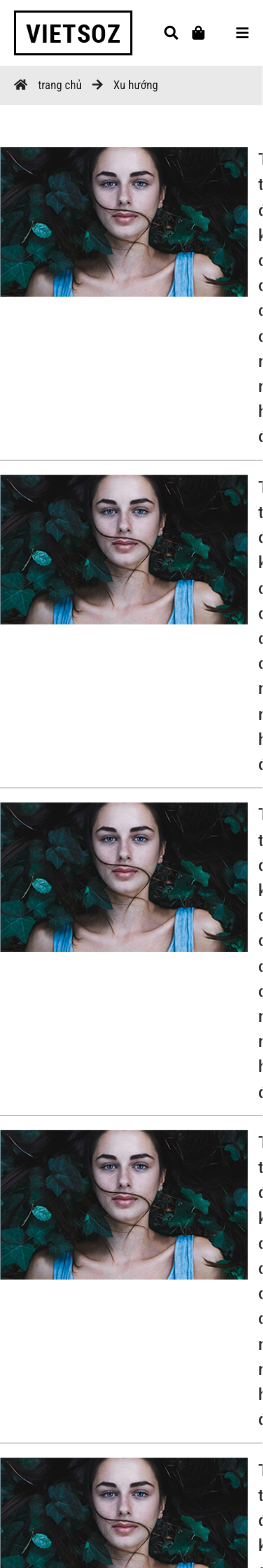
Repository: vinhtk0209/Vietsoz-reponsive
Page: index.html
These files come from the project's save history. The page is drawn as it stood at one moment and after the next save; the edit follows.
The browser window is 375 px wide. The pictures show the part of the page from y = 0 to 2240 px (the page is 3953 px tall before and 2785 px after), at 70% of full size.

Above is the page before, as saved 2021-10-23 17:55:01.

### index.html
<!DOCTYPE html>
<html lang="en">
  <head>
    <meta charset="UTF-8" />
    <meta http-equiv="X-UA-Compatible" content="IE=edge" />
    <meta name="viewport" content="width=device-width, initial-scale=1.0" />
    <link rel="stylesheet" href="assets/css/reset.css" />
    <link rel="stylesheet" href="assets/css/global.css" />
    <link rel="stylesheet" href="assets/css/main.css" />
    <link rel="stylesheet" href="assets/fontawesome/css/all.css" />
    <link rel="stylesheet" href="assets/css/reponsive.css" />
    <link rel="preconnect" href="https://fonts.googleapis.com" />
    <link rel="preconnect" href="https://fonts.gstatic.com" crossorigin />
    <link
      href="https://fonts.googleapis.com/css2?family=Roboto:ital,wght@0,100;0,300;0,400;0,500;0,700;0,900;1,100;1,300;1,400;1,500;1,700;1,900&display=swap"
      rel="stylesheet"
    />
    <link rel="preconnect" href="https://fonts.googleapis.com" />
    <link rel="preconnect" href="https://fonts.gstatic.com" crossorigin />
    <link
      href="https://fonts.googleapis.com/css2?family=Roboto+Condensed:ital,wght@0,300;0,400;0,700;1,300;1,400;1,700&display=swap"
      rel="stylesheet"
    />
    <div id="fb-root"></div>
    <script
      async
      defer
      crossorigin="anonymous"
      src="https://connect.facebook.net/vi_VN/sdk.js#xfbml=1&version=v11.0"
      nonce="ecJjSUD8"
    ></script>
    <script
      src="https://code.jquery.com/jquery-3.6.0.js"
      integrity="sha256-H+K7U5CnXl1h5ywQfKtSj8PCmoN9aaq30gDh27Xc0jk="
      crossorigin="anonymous"
    ></script>
    <title>VIESOZ</title>
  </head>

  <body>
    <!-- wrapper starts -->
    <div class="wrapper">
      <!-- header starts -->
      <header class="header">
        <div class="container">
          <div
            class="wp-header-top d-flex align-i-center justify-content-between"
          >
            <div class="header-banner">
              <img src="assets/images/logo.png" alt="" />
            </div>
            <nav class="header-main-menu">
              <ul class="d-flex main-menu">
                <li><a href="">trang chủ</a></li>
                <li><a href="">về chúng tôi</a></li>
                <li class="product-have-menu">
                  <a href=""
                    >sản phẩm
                    <span class="arrow-down"
                      ><i class="fas fa-chevron-down"></i></span
                  ></a>
                </li>

                <li><a href="">xu hướng</a></li>
                <li><a href="">thanh toán</a></li>
                <li><a href="">liên hệ</a></li>
              </ul>
            </nav>
            <nav class="header-main-menu reponsive">
              <ul class="main-menu sub">
                <li><a href="">trang chủ</a></li>
                <li><a href="">về chúng tôi</a></li>
                <li class="product-have-menu">
                  <a href="">sản phẩm </a>
                </li>

                <li><a href="">xu hướng</a></li>
                <li><a href="">thanh toán</a></li>
                <li><a href="">liên hệ</a></li>
              </ul>
            </nav>
            <ul class="icon-menu d-flex">
              <li>
                <a href=""
                  ><span class="search"><i class="fas fa-search"></i></span
                ></a>
              </li>
              <li>
                <a href="" class="shopping-cart"
                  ><span class="icon-cart"
                    ><i class="fas fa-shopping-bag"></i></span
                ></a>
              </li>
            </ul>
            <div class="nav-bar">
              <i class="fas fa-bars"></i>
            </div>
          </div>
        </div>
        <div class="wp-head-extra-menu">
          <ul class="list-menu-header-extra d-flex container">
            <li>
              <a href="">
                <span class="home-icon">
                  <i class="fas fa-home"></i>
                </span>
              </a>
            </li>

            <li class="home-text">
              <a href="">trang chủ</a>
            </li>
            <li>
              <a href="">
                <span class="arrow-righ">
                  <i class="fas fa-arrow-right"></i>
                </span>
              </a>
            </li>
            <li class="trend">
              <a href="">Xu hướng</a>
            </li>
          </ul>
        </div>
      </header>
      <!-- header ends -->

      <!-- content starts -->
      <div id="content">
        <!-- wp-content starts -->
        <div class="container">
          <div class="wp-content-news">
            <ul class="list-news">
              <li>
                <div class="image-news">
                  <a href="">
                    <img src="assets/images/photo-92222.png" alt="" />
                  </a>
                </div>
                <div class="more-info">
                  <a href="" class="title"
                    >Thời trang đẹp không có chỗ chê của mỹ nhân hàng đầu
                  </a>
                  <p class="date">28 Tháng Tư, 2016 , 10:15 sáng</p>
                  <p class="content">
                    Không chỉ được mệnh danh là "Mỹ nhân đẹp nhất Philippines",
                    nữ diễn viên Marian Rivera còn gây ấn tượng trong lòng công
                    chúng bởi gu thời trang. Cô luôn giữ hình ảnh đẹp với những
                    món đồ tinh tế, trong thời gian mang bầu cô cũng được đánh
                    giá là mặc đẹp nhất trong giới giải trí nước này.
                  </p>
                </div>
              </li>
              <li>
                <div class="image-news">
                  <a href="">
                    <img src="assets/images/photo-92222.png" alt="" />
                  </a>
                </div>
                <div class="more-info">
                  <a href="" class="title"
                    >Thời trang đẹp không có chỗ chê của mỹ nhân hàng đầu
                  </a>
                  <p class="date">28 Tháng Tư, 2016 , 10:15 sáng</p>
                  <p class="content">
                    Không chỉ được mệnh danh là "Mỹ nhân đẹp nhất Philippines",
                    nữ diễn viên Marian Rivera còn gây ấn tượng trong lòng công
                    chúng bởi gu thời trang. Cô luôn giữ hình ảnh đẹp với những
                    món đồ tinh tế, trong thời gian mang bầu cô cũng được đánh
                    giá là mặc đẹp nhất trong giới giải trí nước này.
                  </p>
                </div>
              </li>
              <li>
                <div class="image-news">
                  <a href="">
                    <img src="assets/images/photo-92222.png" alt="" />
                  </a>
                </div>
                <div class="more-info">
                  <a href="" class="title"
                    >Thời trang đẹp không có chỗ chê của mỹ nhân hàng đầu
                  </a>
                  <p class="date">28 Tháng Tư, 2016 , 10:15 sáng</p>
                  <p class="content">
                    Không chỉ được mệnh danh là "Mỹ nhân đẹp nhất Philippines",
                    nữ diễn viên Marian Rivera còn gây ấn tượng trong lòng công
                    chúng bởi gu thời trang. Cô luôn giữ hình ảnh đẹp với những
                    món đồ tinh tế, trong thời gian mang bầu cô cũng được đánh
                    giá là mặc đẹp nhất trong giới giải trí nước này.
                  </p>
                </div>
              </li>
              <li>
                <div class="image-news">
                  <a href="">
                    <img src="assets/images/photo-92222.png" alt="" />
                  </a>
                </div>
                <div class="more-info">
                  <a href="" class="title"
                    >Thời trang đẹp không có chỗ chê của mỹ nhân hàng đầu
                  </a>
                  <p class="date">28 Tháng Tư, 2016 , 10:15 sáng</p>
                  <p class="content">
                    Không chỉ được mệnh danh là "Mỹ nhân đẹp nhất Philippines",
                    nữ diễn viên Marian Rivera còn gây ấn tượng trong lòng công
                    chúng bởi gu thời trang. Cô luôn giữ hình ảnh đẹp với những
                    món đồ tinh tế, trong thời gian mang bầu cô cũng được đánh
                    giá là mặc đẹp nhất trong giới giải trí nước này.
                  </p>
                </div>
              </li>
              <li>
                <div class="image-news">
                  <a href="">
                    <img src="assets/images/photo-92222.png" alt="" />
                  </a>
                </div>
                <div class="more-info">
                  <a href="" class="title"
                    >Thời trang đẹp không có chỗ chê của mỹ nhân hàng đầu
                  </a>
                  <p class="date">28 Tháng Tư, 2016 , 10:15 sáng</p>
                  <p class="content">
                    Không chỉ được mệnh danh là "Mỹ nhân đẹp nhất Philippines",
                    nữ diễn viên Marian Rivera còn gây ấn tượng trong lòng công
                    chúng bởi gu thời trang. Cô luôn giữ hình ảnh đẹp với những
                    món đồ tinh tế, trong thời gian mang bầu cô cũng được đánh
                    giá là mặc đẹp nhất trong giới giải trí nước này.
                  </p>
                </div>
              </li>
              <li>
                <div class="image-news">
                  <a href="">
                    <img src="assets/images/photo-92222.png" alt="" />
                  </a>
                </div>
                <div class="more-info">
                  <a href="" class="title"
                    >Thời trang đẹp không có chỗ chê của mỹ nhân hàng đầu
                  </a>
                  <p class="date">28 Tháng Tư, 2016 , 10:15 sáng</p>
                  <p class="content">
                    Không chỉ được mệnh danh là "Mỹ nhân đẹp nhất Philippines",
                    nữ diễn viên Marian Rivera còn gây ấn tượng trong lòng công
                    chúng bởi gu thời trang. Cô luôn giữ hình ảnh đẹp với những
                    món đồ tinh tế, trong thời gian mang bầu cô cũng được đánh
                    giá là mặc đẹp nhất trong giới giải trí nước này.
                  </p>
                </div>
              </li>
              <li>
                <div class="image-news">
                  <a href="">
                    <img src="assets/images/photo-92222.png" alt="" />
                  </a>
                </div>
                <div class="more-info">
                  <a href="" class="title"
                    >Thời trang đẹp không có chỗ chê của mỹ nhân hàng đầu
                  </a>
                  <p class="date">28 Tháng Tư, 2016 , 10:15 sáng</p>
                  <p class="content">
                    Không chỉ được mệnh danh là "Mỹ nhân đẹp nhất Philippines",
                    nữ diễn viên Marian Rivera còn gây ấn tượng trong lòng công
                    chúng bởi gu thời trang. Cô luôn giữ hình ảnh đẹp với những
                    món đồ tinh tế, trong thời gian mang bầu cô cũng được đánh
                    giá là mặc đẹp nhất trong giới giải trí nước này.
                  </p>
                </div>
              </li>
              <li>
                <div class="image-news">
                  <a href="">
                    <img src="assets/images/photo-92222.png" alt="" />
                  </a>
                </div>
                <div class="more-info">
                  <a href="" class="title"
                    >Thời trang đẹp không có chỗ chê của mỹ nhân hàng đầu
                  </a>
                  <p class="date">28 Tháng Tư, 2016 , 10:15 sáng</p>
                  <p class="content">
                    Không chỉ được mệnh danh là "Mỹ nhân đẹp nhất Philippines",
                    nữ diễn viên Marian Rivera còn gây ấn tượng trong lòng công
                    chúng bởi gu thời trang. Cô luôn giữ hình ảnh đẹp với những
                    món đồ tinh tế, trong thời gian mang bầu cô cũng được đánh
                    giá là mặc đẹp nhất trong giới giải trí nước này.
                  </p>
                </div>
              </li>
            </ul>
        </div>
        <!-- wp-content ends -->

        <!-- sidebar starts -->

        <!-- sidebar ends -->
      </div>

      <!-- content ends -->
    </div>
    <!-- wrapper ends -->
    <script src="assets/js/main.js"></script>
  </body>
</html>

### assets/css/reset.css
/*
 * Bootstrap Reboot v4.3.1 (https://getbootstrap.com/)
 * Copyright 2011-2019 The Bootstrap Authors
 * Copyright 2011-2019 Twitter, Inc.
 * Licensed under MIT (https://github.com/twbs/bootstrap/blob/master/LICENSE)
 * Forked from Normalize.css, licensed MIT (https://github.com/necolas/normalize.css/blob/master/LICENSE.md)
 */

*,
*::before,
*::after {
    box-sizing: border-box;
}

html {
    font-family: sans-serif;
    line-height: 1.15;
    -webkit-text-size-adjust: 100%;
    -webkit-tap-highlight-color: rgba(0, 0, 0, 0);
}

article,
aside,
figcaption,
figure,
footer,
header,
hgroup,
main,
nav,
section {
    display: block;
}

body {
    margin: 0;
    font-family: -apple-system, BlinkMacSystemFont, "Segoe UI", Roboto, "Helvetica Neue", Arial, "Noto Sans", sans-serif, "Apple Color Emoji", "Segoe UI Emoji", "Segoe UI Symbol", "Noto Color Emoji";
    font-size: 1rem;
    font-weight: 400;
    line-height: 1.5;
    color: #212529;
    text-align: left;
    background-color: #fff;
}

[tabindex="-1"]:focus {
    outline: 0 !important;
}

hr {
    box-sizing: content-box;
    height: 0;
    overflow: visible;
}

h1,
h2,
h3,
h4,
h5,
h6 {
    margin-top: 0;
    margin-bottom: 0.5rem;
}

p {
    margin-top: 0;
    margin-bottom: 1rem;
}

abbr[title],
abbr[data-original-title] {
    text-decoration: underline;
    -webkit-text-decoration: underline dotted;
    text-decoration: underline dotted;
    cursor: help;
    border-bottom: 0;
    -webkit-text-decoration-skip-ink: none;
    text-decoration-skip-ink: none;
}

address {
    margin-bottom: 1rem;
    font-style: normal;
    line-height: inherit;
}

ol,
ul,
dl {
    margin-top: 0;
    margin-bottom: 1rem;
}

ol ol,
ul ul,
ol ul,
ul ol {
    margin-bottom: 0;
}

dt {
    font-weight: 700;
}

dd {
    margin-bottom: .5rem;
    margin-left: 0;
}

blockquote {
    margin: 0 0 1rem;
}

b,
strong {
    font-weight: bolder;
}

small {
    font-size: 80%;
}

sub,
sup {
    position: relative;
    font-size: 75%;
    line-height: 0;
    vertical-align: baseline;
}

sub {
    bottom: -.25em;
}

sup {
    top: -.5em;
}

a {
    color: #007bff;
    text-decoration: none;
    background-color: transparent;
}

a:hover {
    color: #0056b3;
    text-decoration: underline;
}

a:not([href]):not([tabindex]) {
    color: inherit;
    text-decoration: none;
}

a:not([href]):not([tabindex]):hover,
a:not([href]):not([tabindex]):focus {
    color: inherit;
    text-decoration: none;
}

a:not([href]):not([tabindex]):focus {
    outline: 0;
}

pre,
code,
kbd,
samp {
    font-family: SFMono-Regular, Menlo, Monaco, Consolas, "Liberation Mono", "Courier New", monospace;
    font-size: 1em;
}

pre {
    margin-top: 0;
    margin-bottom: 1rem;
    overflow: auto;
}

figure {
    margin: 0 0 1rem;
}

img {
    vertical-align: middle;
    border-style: none;
}

svg {
    overflow: hidden;
    vertical-align: middle;
}

table {
    border-collapse: collapse;
}

caption {
    padding-top: 0.75rem;
    padding-bottom: 0.75rem;
    color: #6c757d;
    text-align: left;
    caption-side: bottom;
}

th {
    text-align: inherit;
}

label {
    display: inline-block;
    margin-bottom: 0.5rem;
}

button {
    border-radius: 0;
}

button:focus {
    outline: 1px dotted;
    outline: 5px auto -webkit-focus-ring-color;
}

input,
button,
select,
optgroup,
textarea {
    margin: 0;
    font-family: inherit;
    font-size: inherit;
    line-height: inherit;
}

button,
input {
    overflow: visible;
}

button,
select {
    text-transform: none;
}

select {
    word-wrap: normal;
}

button,
[type="button"],
[type="reset"],
[type="submit"] {
    -webkit-appearance: button;
}

button:not(:disabled),
[type="button"]:not(:disabled),
[type="reset"]:not(:disabled),
[type="submit"]:not(:disabled) {
    cursor: pointer;
}

button::-moz-focus-inner,
[type="button"]::-moz-focus-inner,
[type="reset"]::-moz-focus-inner,
[type="submit"]::-moz-focus-inner {
    padding: 0;
    border-style: none;
}

input[type="radio"],
input[type="checkbox"] {
    box-sizing: border-box;
    padding: 0;
}

input[type="date"],
input[type="time"],
input[type="datetime-local"],
input[type="month"] {
    -webkit-appearance: listbox;
}

textarea {
    overflow: auto;
    resize: vertical;
}

fieldset {
    min-width: 0;
    padding: 0;
    margin: 0;
    border: 0;
}

legend {
    display: block;
    width: 100%;
    max-width: 100%;
    padding: 0;
    margin-bottom: .5rem;
    font-size: 1.5rem;
    line-height: inherit;
    color: inherit;
    white-space: normal;
}

progress {
    vertical-align: baseline;
}

[type="number"]::-webkit-inner-spin-button,
[type="number"]::-webkit-outer-spin-button {
    height: auto;
}

[type="search"] {
    outline-offset: -2px;
    -webkit-appearance: none;
}

[type="search"]::-webkit-search-decoration {
    -webkit-appearance: none;
}

::-webkit-file-upload-button {
    font: inherit;
    -webkit-appearance: button;
}

output {
    display: inline-block;
}

summary {
    display: list-item;
    cursor: pointer;
}

template {
    display: none;
}

[hidden] {
    display: none !important;
}


/*# sourceMappingURL=bootstrap-reboot.css.map */

### assets/css/global.css
/* .text-center{
    text-align: center;
}
.text-left{
    text-align: left;
}
.text-right{
    text-align: right;
}
.float-left{
    float:left;

}
.float-right{
    float:right;
}
.container{
    width:1150px;
    margin:0px auto;


}
.flex-space{
    display:flex;
    justify-content:space-between;
}
.align-i-center{
    align-items: center;
}
.mg-top-30{
    margin-top: 30px;
}
.mg-top-22{
    margin-top: 22px;
}
.d-flex{
    display:flex;
}
.bg-black{

    background-color: #131619;
}
.pt-10{
    padding-top: 10px;
} */
.container {
    max-width: 1200px;

    margin: 0px auto;
    /* display:flex; */

}

.justify-content-between {
    justify-content: space-between;
}

.d-flex {
    display: flex;
}

.jus-between {
    justify-content: space-between;
}

.align-i-center {
    align-items: center;
}

.mg-bottom-80 {
    margin-bottom: 80px;
}

.fl-basics-30 {
    flex-basis: 30%;
}

.pd-top-40 {
    padding-top: 40px;
}
.pd-top-10{
    padding-top:10px;
}
.text-center {
    text-align: center;
}

### assets/css/main.css
* {
    margin: 0;
    padding: 0;
}

body {
    /* font-family: 'Roboto', sans-serif; */
    line-height: 1.5;
}

ul {
    list-style-type: none;
    margin-bottom: 0px;
}

p,
h1,
h2,
h4 {
    margin-bottom: 0px;
}

.header {
    font-family: 'Roboto Condensed', sans-serif;
    margin-bottom: 45px;
    padding: 15px 0;
    position: relative;

}

.wp-header-top {
    width: 100%;
    /* display:flex; */
    /* min-height: 110px; */
    margin-bottom: 15px;
    padding: 0 20px;
}

.header-main-menu ul {
    gap: 0 30px;
}

.header-main-menu ul li a {
    text-decoration: none;
    font-size: 20px;
    text-transform: uppercase;
    font-weight: 400;
    color: #000000;

}

.wp-header-top ul.icon-menu {
    gap: 0 20px;
}

.wp-header-top ul.icon-menu li a {
    font-size: 20px;
    color: #000000;

}


.header-main-menu ul li a span.search {
    font-size: 15px;
}

.header-main-menu ul li a span.icon-cart {
    font-size: 25px;
}

.header-main-menu.reponsive {
    display: none;
    position: absolute;
    top: 58%;
    background-color: #fec5bb   ;
    width: 100%;
    left: 0;
    text-align: center;
    padding-bottom: 20px;

}

.header-main-menu.reponsive ul li a {
    padding-top: 20px;
    display: block;
    transition: all 0.5s;

}

.header-main-menu.reponsive ul li:hover a {
    color:  #e8e8e4  ;
}

.nav-bar {
    display: none;
    font-size: 20px;
    color: #000000;
    cursor: pointer;
}



.wp-head-extra-menu {
    background-color: #e9e9e9;
    min-height: 50px;
    padding: 0 20px;
}

ul.list-menu-header-extra li:not(:first-child) {
    padding-left: 15px;
}

ul.list-menu-header-extra li {
    padding: 15px 0px;

}

ul.list-menu-header-extra {
    margin-bottom: 0px;
}

ul.list-menu-header-extra li a {
    text-decoration: none;
    font-size: 17px;
    color: #222222;
    font-weight: 400;
    box-sizing: border-box;
}


#content {
    font-family: 'Roboto', sans-serif;
}

.wp-content-news {
    max-width: 820px;

}

.wp-content-news ul.list-news li {
    display: flex;
    min-height: 227px;
    padding-bottom: 15px;
    border-bottom: 1px solid #a69e9e;
    margin-bottom: 20px;
    overflow: hidden;
}

.wp-content-news ul.list-news li:last-child {
    border: none;

}

.wp-content-news ul.list-news .image-news a {
    display: block;
    transition: transform 1s;

}

.wp-content-news ul.list-news .image-news a:hover {
    transform: scale(1.05);
}

.wp-content-news ul.list-news li .more-info a.title {
    padding-bottom: 15px;
    font-size: 24px;
    font-weight: 500;
    color: #333333;
    text-decoration: none;
}

.wp-content-news ul.list-news li .more-info p.date {
    font-size: 13px;
    color: #a69e9e;
    font-weight: 300;
}

.wp-content-news ul.list-news li .more-info p.content {
    padding-top: 25px;
    font-size: 14px;
    font-weight: 400;
    margin-bottom: 0px;
    color: #777777;

}

.wp-content-news ul.list-news li {
    font-weight: 400;
}

.wp-content-news ul.list-news li a {
    text-decoration: none;
}

.wp-content-news ul.list-news li .more-info {
    padding-left: 15px;

}

.wp-content-news .pages-num li:first-child {
    margin-right: 12px;
    font-size: 14px;
    text-transform: capitalize;

}

.wp-content-news .pages-num a {
    text-decoration: none;
}

.wp-content-news .pages-num li:not(:first-child) {
    margin-left: 7px;
    font-size: 13px;
    padding: 5px 12px;
    border: 1px solid #e9e9e9;
    transition: all 0.5s;

}

.wp-content-news .pages-num li:not(:first-child):hover {
    background-color: #272727;

}

.wp-content-news .pages-num li:not(:first-child):hover a {
    color: #ffffff;
}

.wp-content-news .pages-num li:not(:first-child) a {
    color: #0b0b0b;
}

.wp-content-list-caterory {
    /* padding-left: 90px; */
    font-weight: bold;
    max-width: 310px;
}

.wp-content-list-caterory .box-caterory {
    margin-bottom: 50px;
}

.wp-content-list-caterory .box-caterory .box-title {
    padding-top: 20px;
    padding-bottom: 20px;
    padding-left: 25px;
    background-color: #283943;
    color: #ffffff;


}

.wp-content-list-caterory .box-caterory .box-title h3 {
    margin-bottom: 0;
    font-size: 21px;

    text-transform: uppercase;

}

.wp-content-list-caterory .box-caterory .box-body ul {
    padding-left: 25px;
    padding-top: 20px;
    padding-bottom: 20px;
    padding-right: 15px;
    border: 1px solid #a69e9e;

}

.wp-content-list-caterory .box-caterory .box-body ul li {
    border-bottom: 1px solid #a69e9e;
    padding-bottom: 10px;


}

.box-caterory .box-body ul li:not(:first-child) {
    margin-top: 10px;

}

.box-caterory .box-body ul li a span.arrow-right {
    float: right;

}

.wp-content-list-caterory .box-caterory .box-body ul li a {
    text-decoration: none;
    color: #333333;
    text-transform: uppercase;
    font-size: 14px;
    transition: all 0.5s;
}

.box-caterory .box-body ul li:hover a {
    color: #d5be00;
}

.box-caterory .box-body ul li:hover {
    border-bottom: 1px solid #d5be00;
}

.box-banner {
    margin-bottom: 45px;
}


.list-product {
    border: 1px solid #a69e9e;

}

.list-product ul li {
    display: flex;
}

.list-product ul li a.title {
    font-size: 14px;
    text-decoration: none;
}

.wp-content-list-caterory .box-product {
    font-weight: 500;
}

.wp-content-list-caterory .box-product .box-title {
    padding-top: 20px;
    padding-bottom: 20px;
    padding-left: 25px;
    background-color: #283943;
    color: #ffffff;
    text-transform: uppercase;
}

.box-product {}

.box-product .box-body ul {
    padding: 10px 15px;
}

.box-product .box-body ul li {
    border-bottom: 1px solid #a69e9e;
    padding-bottom: 20px;
    margin-bottom: 10px;
}

.box-product .box-body ul li:last-child {
    border: none;
}

.box-product .box-body .image-product {
    margin-right: 10px;
}

.box-product .box-body .info-product a.title {
    color: #272727;
    font-size: 14px;
    padding-bottom: 15px;
    display: block;
}

.box-product .box-body .info-product p {
    padding-bottom: 4px;
    display: block;
}

.box-product .box-body .info-product p.price:not(span.discount) {
    font-size: 15px;
    color: #d40707;
    padding-right: 8px;
}

.box-product .box-body .info-product span.discount {
    font-size: 12px;
    color: #909090;
}

.box-product .box-body .info-product a.details {
    font-size: 13px;
    color: #00708c;
    text-decoration: underline;
    /* margin:0; */
}

.box-product .box-body .info-product span.buy-arrow-right {
    padding-left: 2px;
}

.footer {
    background-color: #1b1b1b;
    min-height: 410px;
    padding-top: 70px;
    color: #ffffff;
    font-size: 16px;
    font-weight: 300;
}

.footer a {
    text-decoration: none;
    color: #ffffff;
}

.footer h3 {
    font-size: 28px;
    text-transform: uppercase;
}

.footer ul {
    list-style: circle;
}

.footer ul.footer-caterory li:not(:first-child) {
    padding-top: 15px;

}

.footer ul.footer-seller li:not(:first-child) {
    padding-top: 15px;
}

.footer .footer-facebook {
    padding-top: 90px;
}

.copyright {
    min-height: 50px;
    background-color: #ffffff;
}

/* .footer .box-body ul.footer-caterory{
    list-style:  circle;
}


} */

### assets/css/reponsive.css
@media screen and (max-width: 1040px) {
    nav.header-main-menu{
        display: none;
    }
    .nav-bar{
        display: block;
    }
}
@media screen and (max-width: 768px) {
    .wp-content-news ul.list-news li .more-info p.content,
    .wp-content-news ul.list-news li .more-info p.date{
        display:none;
    }

}
@media screen and (max-width: 530px) {
    .wp-content-news ul.list-news li{
        f
    }

}

### assets/js/main.js
$(document).ready(function() {
    $('.nav-bar').click(function(){
        $('.header-main-menu.reponsive').slideToggle();
    });
});

Loaded but not shown: assets/fontawesome/css/all.css (library)

After the next save:
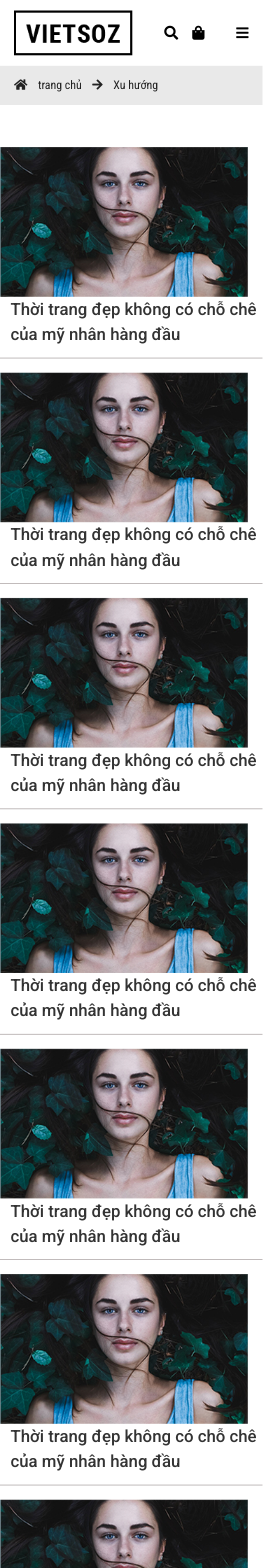
Saved 4 s later.
--- a/assets/css/reponsive.css
+++ b/assets/css/reponsive.css
@@ -15,7 +15,7 @@
 }
 @media screen and (max-width: 530px) {
     .wp-content-news ul.list-news li{
-        f
+        flex-direction: column;
     }
 
 }
